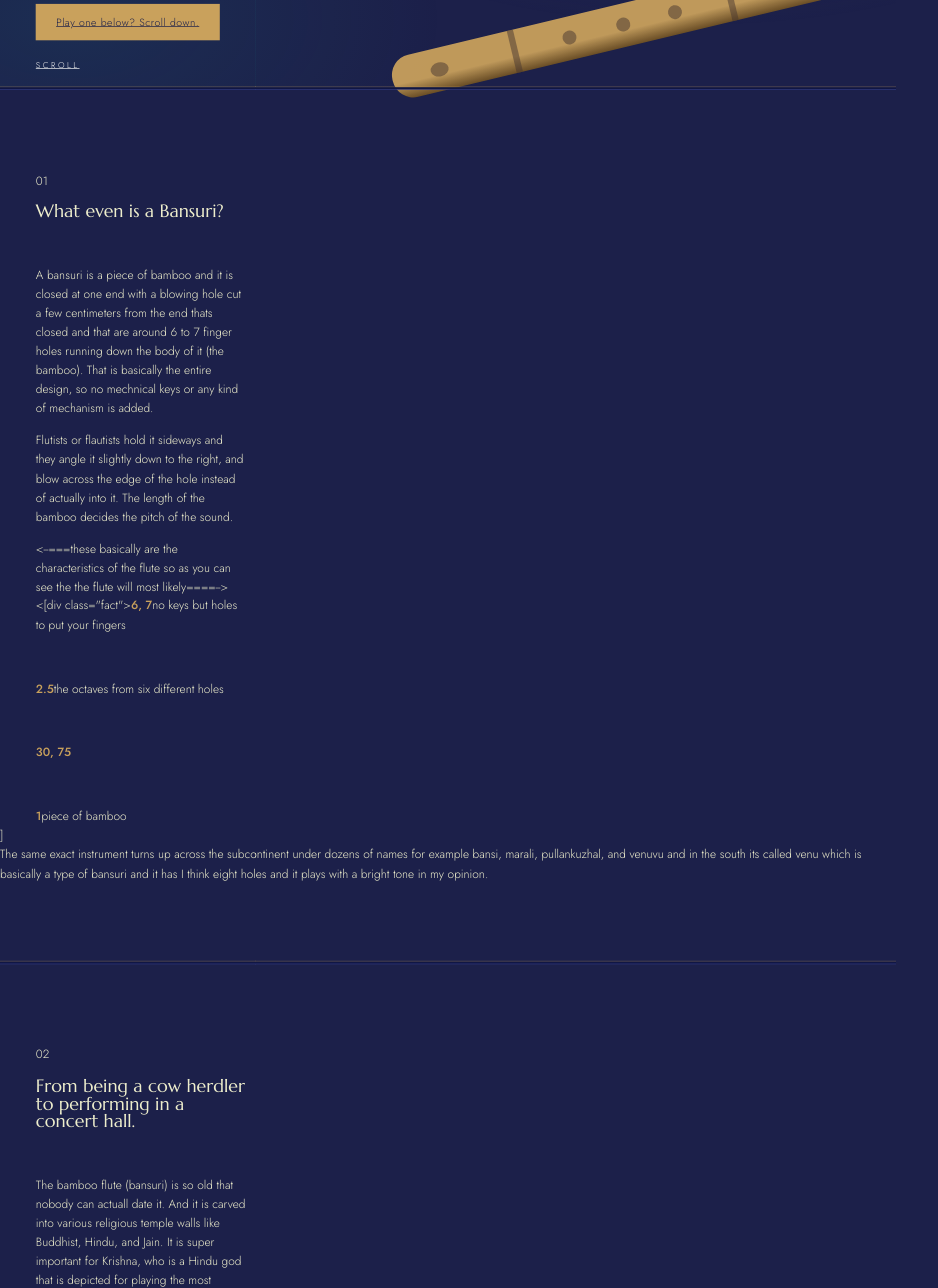
Repository: manayparikh1/Bansi
Page: index.html
The author's editor kept a copy of each file at every save. The page is drawn from the files as they stood at one save, then again after the next save.
The browser window is 1280 px wide. The page is 1340 px wide, so the pictures cover 1340 px, including what lies to the right of the window. The pictures show the part of the page from y = 612 to 2452 px (the page is 4865 px tall before and 5463 px after), at 70% of full size.

Above is the page before, as saved 2026-09-20 12:28:20.

After the next save:
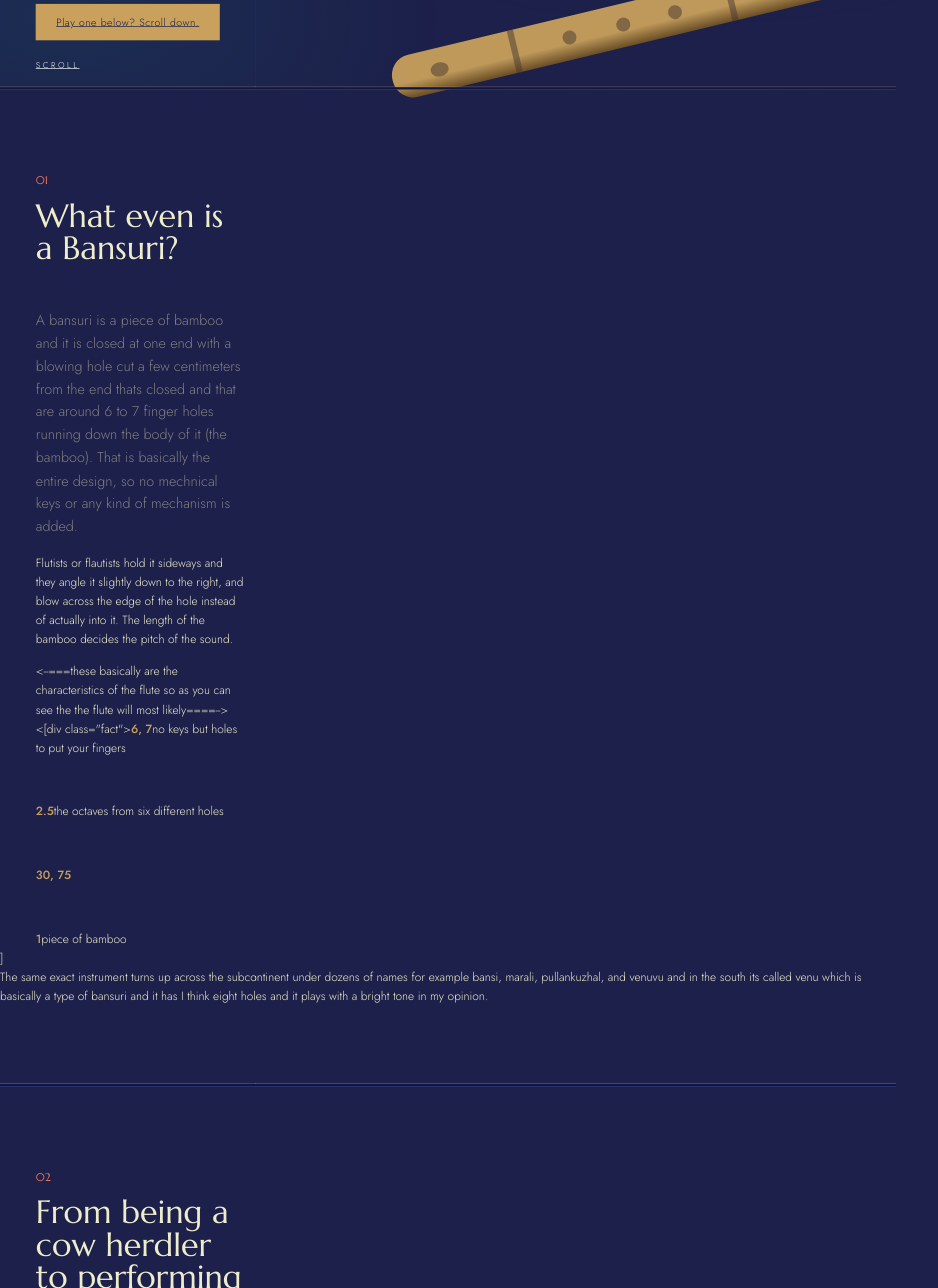
Saved 7 h 1 min later.
--- a/style.css
+++ b/style.css
@@ -310,3 +310,23 @@ h1 {
     gap: clamp(28px, 5vw, 80px);
     align-items: start;
 }
+
+.num {
+    font-family: 'Marcellus', serif;
+    color: var(--rose);
+    margin-bottom: 15px;
+    font-size: 16px;
+}
+
+h2 {
+    font-size: clamp(30px, 3.6vw, 52px);
+}
+
+.col-body {
+    max-width: 66ch;
+}
+
+.lead {
+    font-size: clamp(18px, 1.6vw, 21px);
+    color: #7f7f7f;
+}
